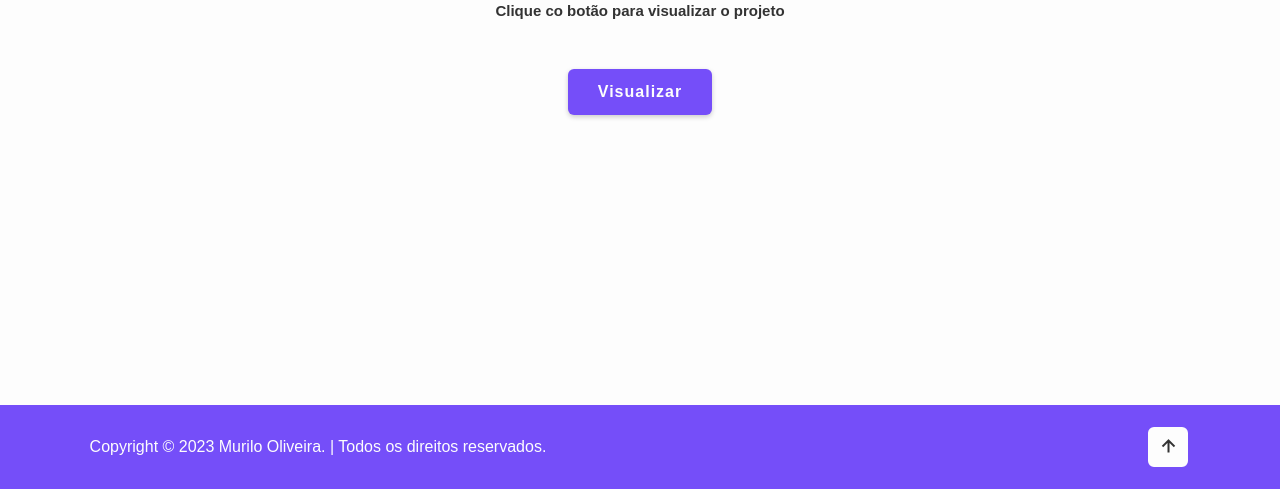
Repository: devMuriloOliveira/Portfolio-
Page: projetos/projeto-1.html
An editor plug-in stored every save of this project. The page is shown before and after the next save, followed by the edit.
The browser window is 1280 px wide. The pictures show the part of the page from y = 515 to 1004 px (the page is 1004 px tall).
Some web fonts or font styles are not loaded; a fallback is used.

Above is the page before, as saved 2023-03-16 15:58:23.

After the next save:
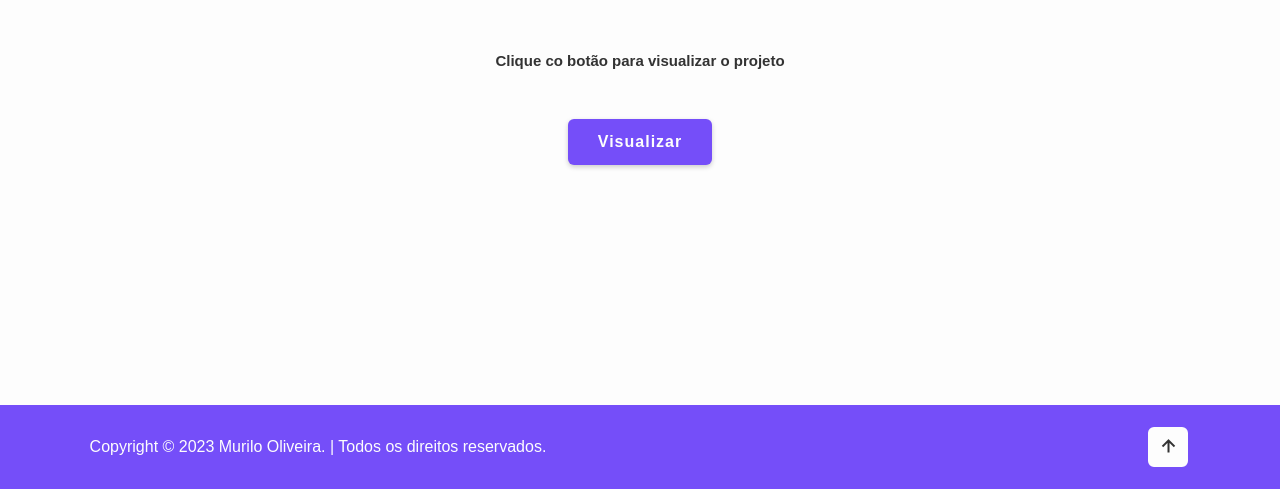
Saved 35 s later.
--- a/projetos/projeto-1.css
+++ b/projetos/projeto-1.css
@@ -126,6 +126,7 @@ section{
 
 .texto{
   text-align: center;
+  margin: 5rem 0;
 }
 
 .btn{
@@ -149,7 +150,6 @@ section{
 }
 
 .botao{
-  margin-top: 5rem;
   text-align: center;
 }
 
